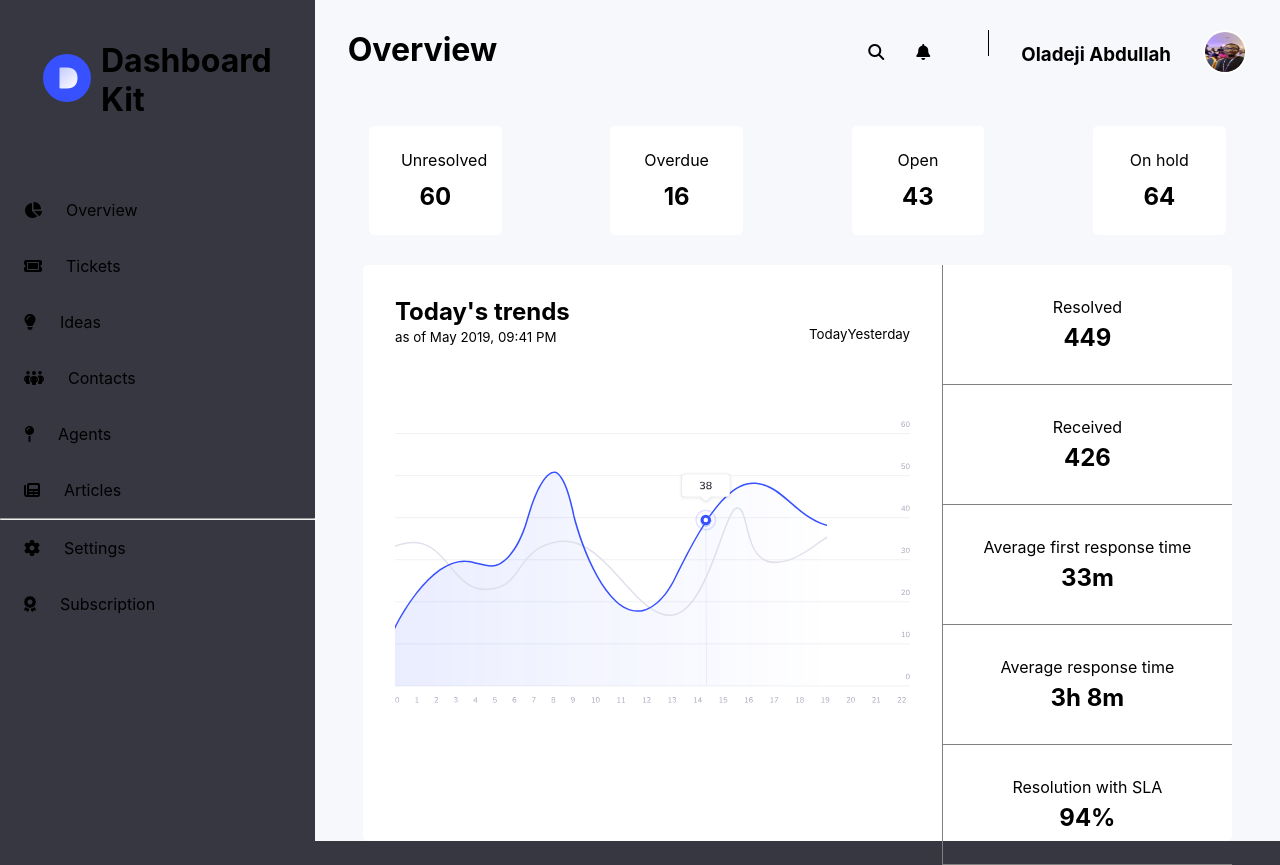
Repository: BuduCE/dashboard
Page: /
These files come from the project's save history. The page is drawn as it stood at one moment and after the next save; the edit follows.
The browser window is 1280 px wide. The pictures show the whole page.
Some web libraries are served in a nearby version. The project was rebuilt for these pictures with package versions that can differ from the ones it lists, and the page was loaded fresh each time.

Above is the page before, as saved 2022-08-03 23:40:52.

### public/index.html
<!DOCTYPE html>
<html lang="en">
  <head>
    <meta charset="utf-8" />
    <link rel="icon" href="%PUBLIC_URL%/favicon.ico" />
    <meta name="viewport" content="width=device-width, initial-scale=1" />
    <meta name="theme-color" content="#000000" />
    <meta
      name="description"
      content="Web site created using create-react-app"
    />
    <link rel="apple-touch-icon" href="%PUBLIC_URL%/logo192.png" />
    <!--
      manifest.json provides metadata used when your web app is installed on a
      user's mobile device or desktop. See https://developers.google.com/web/fundamentals/web-app-manifest/
    -->
    <link rel="manifest" href="%PUBLIC_URL%/manifest.json" />
    <!--
      Notice the use of %PUBLIC_URL% in the tags above.
      It will be replaced with the URL of the `public` folder during the build.
      Only files inside the `public` folder can be referenced from the HTML.

      Unlike "/favicon.ico" or "favicon.ico", "%PUBLIC_URL%/favicon.ico" will
      work correctly both with client-side routing and a non-root public URL.
      Learn how to configure a non-root public URL by running `npm run build`.
    -->

    <!-- Font-Awesome  -->
    <link
      rel="stylesheet" href="https://cdnjs.cloudflare.com/ajax/libs/font-awesome/6.1.1/css/all.min.css" integrity="sha512-KfkfwYDsLkIlwQp6LFnl8zNdLGxu9YAA1QvwINks4PhcElQSvqcyVLLD9aMhXd13uQjoXtEKNosOWaZqXgel0g==" crossorigin="anonymous" referrerpolicy="no-referrer"
    />
    <title>Admin Dashboard</title>
  </head>
  <body>
    <noscript>You need to enable JavaScript to run this app.</noscript>
    <div id="root"></div>
    <!--
      This HTML file is a template.
      If you open it directly in the browser, you will see an empty page.

      You can add webfonts, meta tags, or analytics to this file.
      The build step will place the bundled scripts into the <body> tag.

      To begin the development, run `npm start` or `yarn start`.
      To create a production bundle, use `npm run build` or `yarn build`.
    -->
  </body>
</html>

### src/index.css
* {
  margin: 0;
  padding: 0;
  box-sizing: border-box;
}
body {
  margin: 0;
  font-family: -apple-system, BlinkMacSystemFont, 'Segoe UI', 'Roboto', 'Oxygen',
    'Ubuntu', 'Cantarell', 'Fira Sans', 'Droid Sans', 'Helvetica Neue',
    sans-serif;
  -webkit-font-smoothing: antialiased;
  -moz-osx-font-smoothing: grayscale;
  background: rgba(54, 55, 64, 1);
}

code {
  font-family: source-code-pro, Menlo, Monaco, Consolas, 'Courier New',
    monospace;
}

### src/App.js
import './App.css';
// import Overview from './pages/Overview';
// import Header from './components/common/Header';
import Sidenav from './components/common/SideNav';
// import Login from './pages/Login';

function App() {
  return (
    <div className="App">
      <Sidenav />
    </div>
  );
}

export default App;

### src/components/common/SideNav/index.jsx
import React from 'react'
import Overview from '../../../pages/Overview'
import Header from '../Header'
import Logo from '../Logo'
import './styles.css'

const Sidenav = () => {
  return (
    <div className='dashboard'>
        <div className="navbar">
            <div className="logo">
                <Logo />
                <h1>Dashboard Kit</h1>
            </div>
            <div className="heading">
                <i className='fas fa-chart-pie'></i>
                <p>Overview</p>
            </div>
            <div className="heading">
                <i className='fas fa-ticket'></i>
                <p>Tickets</p>
            </div>
            <div className="heading">
                <i className='fas fa-lightbulb'></i>
                <p>Ideas</p>
            </div>
            <div className="heading">
                <i className='fas fa-people-group'></i>
                <p>Contacts</p>
            </div>
            <div className="heading">
                <i className='fas fa-map-pin'></i>
                <p>Agents</p>
            </div>
            <div className="heading">
                <i className='fas fa-newspaper'></i>
                <p>Articles</p>
            </div>
            <hr />
            <div className="heading">
                <i className='fas fa-gear'></i>
                <p>Settings</p>
            </div>
            <div className="heading">
                <i className='fas fa-award'></i>
                <p>Subscription</p>
            </div>

        </div>
        <div className="info">
            <Header />
            <Overview />
        </div>
    </div>
  )
}

export default Sidenav

### src/pages/Overview/index.jsx
import React from 'react'
import './styles.css'
import TrendMap from './graph.svg'

const Overview = () => {
  return (
    <div className='overview_pg'>
        {/* Specific status */}
        <div className="overview_stat">
            <div className="overview_info">
                <p>Unresolved</p>
                <h2>60</h2>
            </div>
            <div className="overview_info">
                <p>Overdue</p>
                <h2>16</h2>
            </div>
            <div className="overview_info">
                <p>Open</p>
                <h2>43</h2>
            </div>
            <div className="overview_info">
                <p>On hold</p>
                <h2>64</h2>
            </div>
        </div>

        {/* Today's trend */}
        <div className="trends">
            <div className="trends_head">
                <div className="trends_headT">
                    <div className="trend_title">
                        <h2>Today's trends</h2>
                    </div>
                    <div className="trend_title_stat">
                        <div className="trend_date">
                            <small>as of May 2019, 09:41 PM</small>
                        </div>
                        <div className="trend_day">
                            <small>Today</small>
                            <small>Yesterday</small>
                        </div>
                    </div>
                </div>

                <div className="trends_headB">
                    <img src={TrendMap} alt="Trend Chart" />
                </div>
            </div>

            <div className="trends_summary">
                <div className="summary_type">
                    <p>Resolved</p>
                    <h2>449</h2>
                </div>
                <div className="summary_type">
                    <p>Received</p>
                    <h2>426</h2>
                </div>
                <div className="summary_type">
                    <p>Average first response time</p>
                    <h2>33m</h2>
                </div>
                <div className="summary_type">
                    <p>Average response time</p>
                    <h2>3h 8m</h2>
                </div>
                <div className="summary_type">
                    <p>Resolution with SLA</p>
                    <h2>94%</h2>
                </div>
            </div>
        </div>
    </div>
  )
}

export default Overview

### src/components/common/Header/index.jsx
import React from 'react'
import './styles.css'
import budu from './budu.jpg'

const Header = () => {
  return (
    <div className='head_er'>
        <div className="headerL">
            <h1>Overview</h1>
        </div>
        <div className="headerR">
            <i className='fas fa-magnifying-glass icon'></i>
            <i className='fas fa-bell icon bell'></i>
            <h3>Oladeji Abdullah</h3>
            <img src={budu} alt="" />
        </div>
    </div>
  )
}

export default Header

### src/components/common/Logo/index.jsx
import React from 'react'
import companyLogo from './logo.svg'

const Logo = () => {
  return (
    <div>
        <img src={companyLogo} alt="" />
    </div>
  )
}

export default Logo

### src/components/common/SideNav/styles.css
.dashboard{
    display: grid;
    grid-template-columns: 1fr 4fr;
}
.navbar{
    padding: 41px 0;
}
.logo{
    display: flex;
    padding: 43px 43px;
    padding-bottom: 63px;
    padding-top: 0;
    align-items: center;
}
.logo h1{
    margin-left: 10px;
}
.heading{
    width: 100%;
    display: flex;
    padding: 18px 24px;
    align-items: center;
}
.heading p{
    margin-left: 24px;
}
.heading:hover{
    border-left: 1px solid #fff;
    color: #fff;
}
.info{
    background: #F7F8FC;
    /* height: 100vh; */
}

### src/pages/Overview/styles.css
.overview_pg{
    margin-top: 54px;
}
.overview_stat{
    display: grid;
    grid-template-columns: 1fr 1fr 1fr 1fr;
    /* justify-content: space-evenly; */
    width: 100%;
}
.overview_info{
    display: flex;
    flex-direction: column;
    text-align: center;
    /* border: 1px solid; */
    border-radius: 5px;
    padding: 24px 32px;
    background: #fff;
    box-shadow: 15px;
    width: 55%;
    margin: auto;
}
.overview_info p{
    padding-bottom: 12px;
}

/* trend  */
.trends{
    width: 90%;
    background: #fff;
    margin: auto;
    border-radius: 5px;
    height: 80vh;
    margin-top: 30px;
    display: grid;
    grid-template-columns: 2fr 1fr;
    margin-top: 30px;
}
.trends_head{
    padding: 32px;
}
.trend_title_stat{
    display: flex;
    justify-content: space-between;
}
.trend_day{
    display: flex;
    justify-content: space-evenly;
}
.trends_headB img{
    width: 100%;
    margin-top: 54px;
    height: 45vh;
}

/* summary  */
.trends_summary{
    display: grid;
    grid-template-rows: 1fr 1fr 1fr 1fr 1fr;
}
.summary_type{
    padding: 32px;
    border-left: 1px solid grey;
    border-bottom: 1px solid grey;
    text-align: center;
}
.summary_type p{
    margin-bottom: 6px;
}

### src/components/common/Header/styles.css
.head_er{
    display: flex;
    justify-content: space-between;
    width: 100%;
    height: 10vh;
    padding: 30px 33px;
}
.headerR{
    display: flex;
    justify-content: space-between;
    /* align-items: center; */
}
.icon{
    width: 16px;
    height: 16px;
    padding: 14px 24px;
}
.bell{
    padding-right: 72px;
}
.headerR h3{
    padding: 13px 32px;
    border-left: 1px solid #000;
}
.headerR img{
    width: 44px;
    height: 44px;
    border-radius: 50%;
    border: 2px solid #fff;
}

Loaded but not shown: src/index.js (common file); src/reportWebVitals.js (common file); src/App.css (common file)

After the next save:
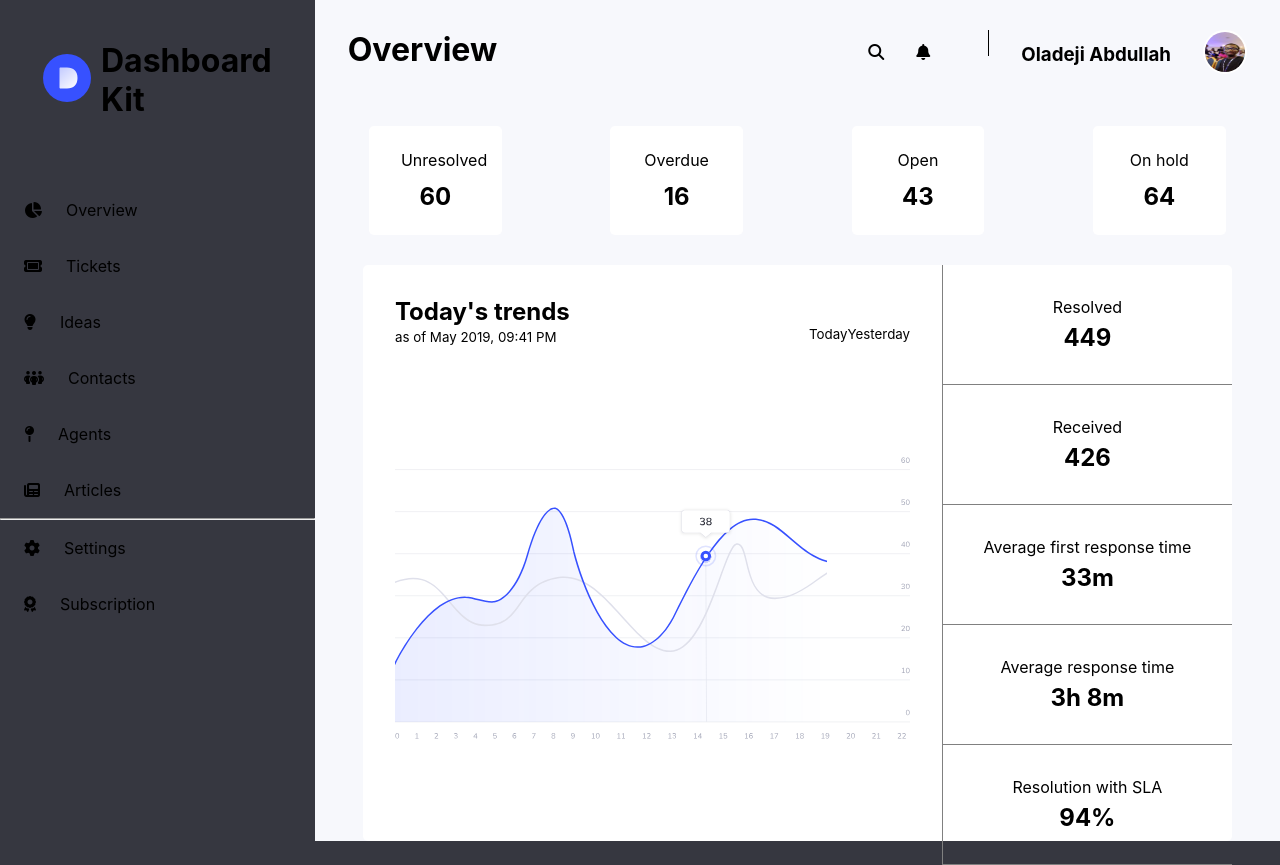
Saved 18 s later.
--- a/src/pages/Overview/styles.css
+++ b/src/pages/Overview/styles.css
@@ -49,7 +49,7 @@
 .trends_headB img{
     width: 100%;
     margin-top: 54px;
-    height: 45vh;
+    height: 55vh;
 }
 
 /* summary  */
